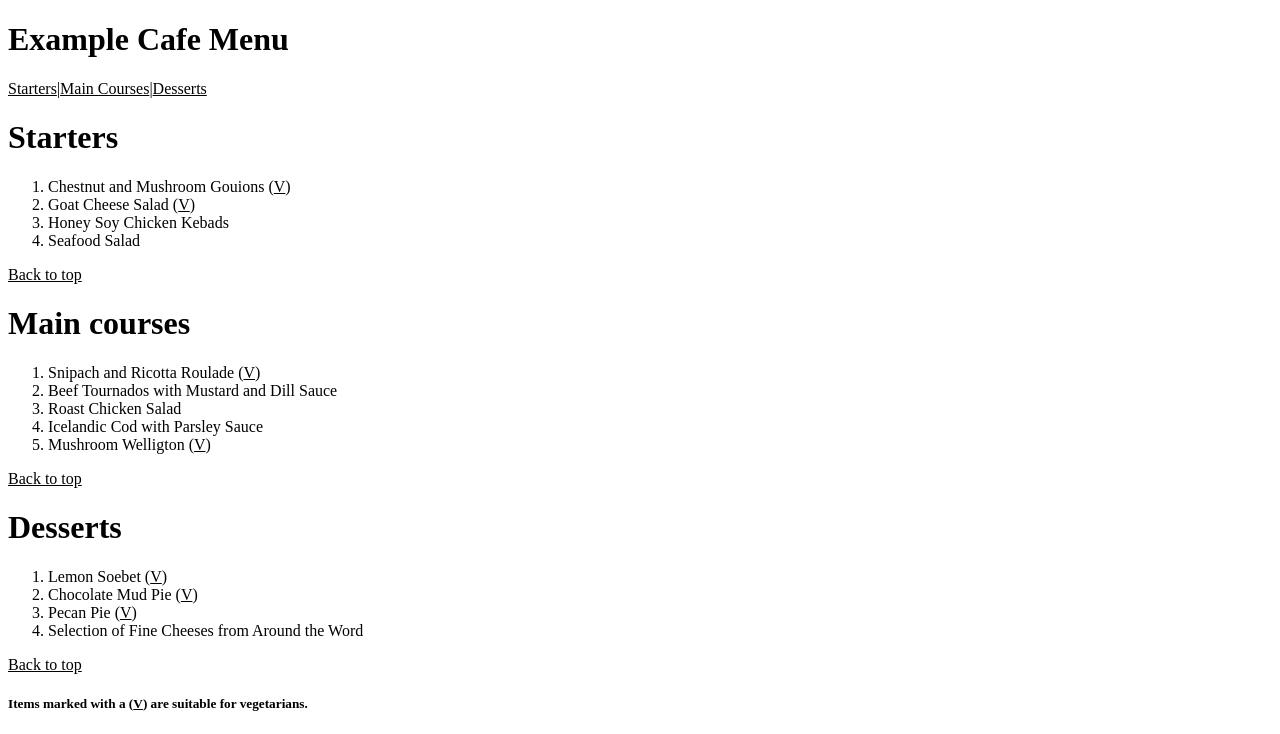
Repository: PhamChiXuan1/HTCNW_tuan3_DHCNTT16C_PhamChiXuan_20030131
Page: bt5.html
An editor plug-in stored every save of this project. The page is shown before and after the next save, followed by the edit.
The browser window is 1280 px wide. The pictures show the whole page.

Above is the page before, as saved 2022-02-26 21:46:26.

### bt5.html
<!DOCTYPE html>
<html lang="en">
<head>
    <meta charset="UTF-8">
    <meta http-equiv="X-UA-Compatible" content="IE=edge">
    <meta name="viewport" content="width=device-width, initial-scale=1.0">
    <title>Document</title>
</head>
<body>
    <H1>Example Cafe Menu</H1>
    <P><U>Starters</U>|<U>Main Courses</U>|<U>Desserts</U></P>
    <H1>Starters</H1>
    <ol type="1">
        <li type="">Chestnut and Mushroom Gouions (<U>V</U>)</li>
        <li>Goat Cheese Salad (<U>V</U>)</li>
        <li>Honey Soy Chicken Kebads</li>
        <li>Seafood Salad</li>
    </ol>
    <P><U>Back to top</U></P>
    <H1>Main courses</H1>
    <ol type="1">
        <li>Snipach and Ricotta Roulade (<U>V</U>)</li>
        <li>Beef Tournados with Mustard and Dill Sauce</li>
        <li>Roast Chicken Salad</li>
        <li>Icelandic Cod with Parsley Sauce</li>
        <li>Mushroom Welligton (<U>V</U>)</li>
    </ol>
    <P><U>Back to top</U></P>
    <H1>Desserts</H1>
    <ol type="1">
        <li>Lemon Soebet (<U>V</U>)</li>
        <li>Chocolate Mud Pie (<U>V</U>)</li>
        <li>Pecan Pie (<U>V</U>)</li>
        <li>Selection of Fine Cheeses from Around the Word</li>
    </ol>
    <P><U>Back to top</U></P>
    <H5>Items marked with a (<U>V</U>) are suitable for vegetarians.</H5>
</body>
</html>

After the next save:
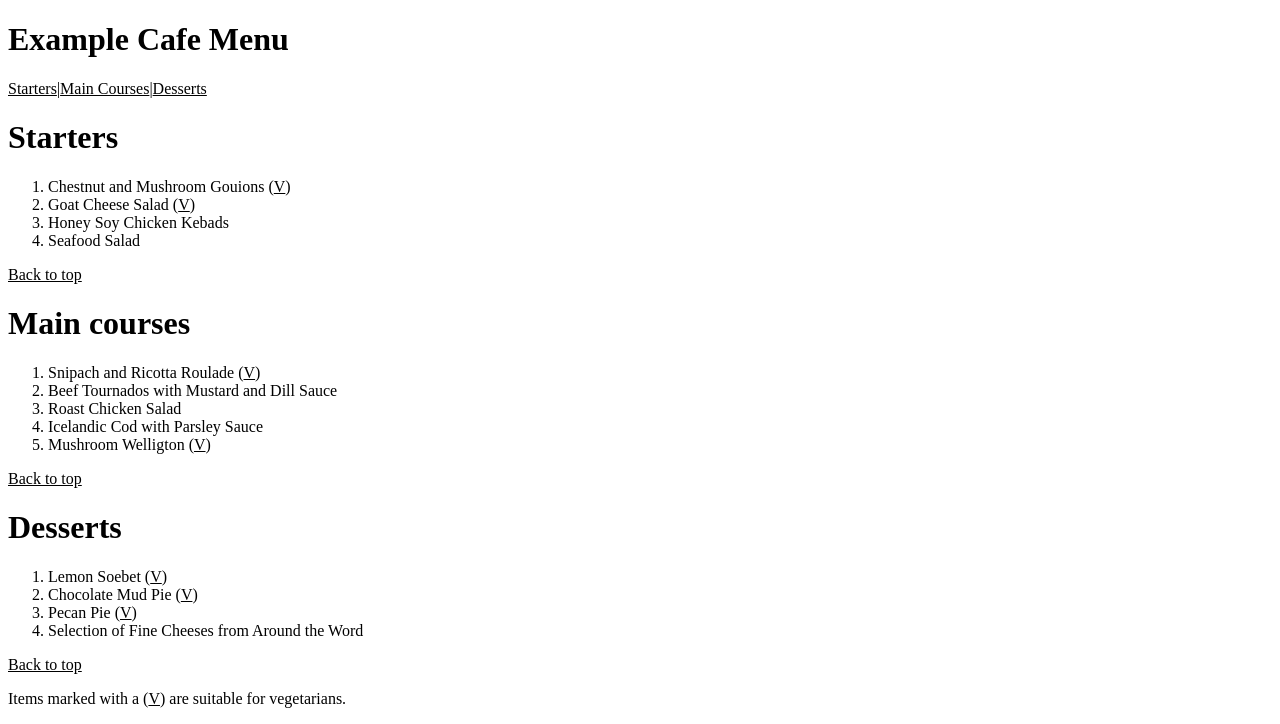
Saved 22 s later.
--- a/bt5.html
+++ b/bt5.html
@@ -34,6 +34,6 @@
         <li>Selection of Fine Cheeses from Around the Word</li>
     </ol>
     <P><U>Back to top</U></P>
-    <H5>Items marked with a (<U>V</U>) are suitable for vegetarians.</H5>
+    <p>Items marked with a (<U>V</U>) are suitable for vegetarians.</p>
 </body>
 </html>
